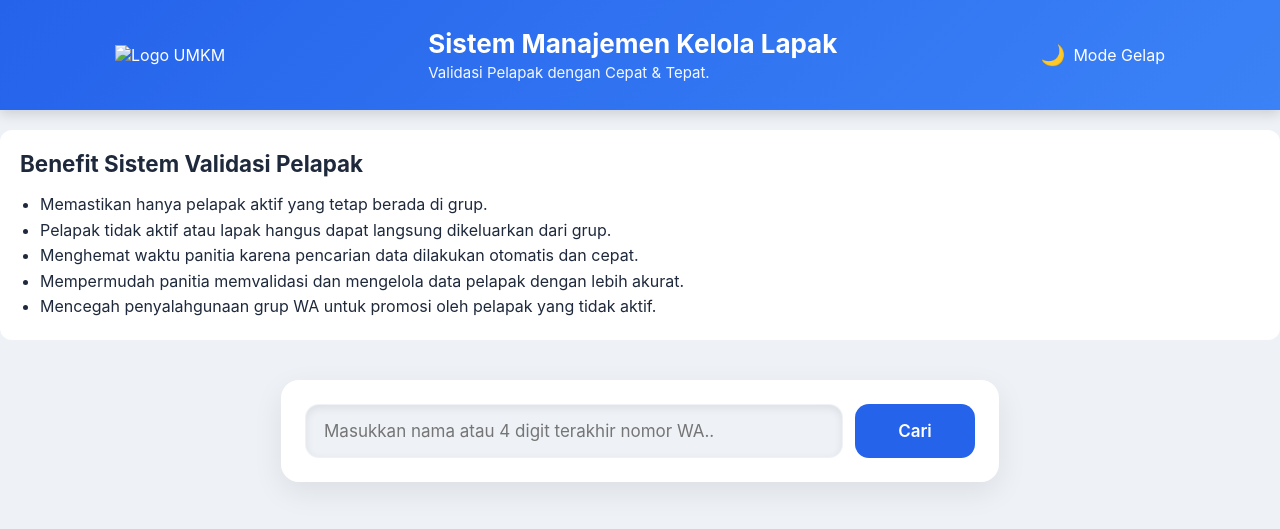
Repository: pasarrakyatbak/ceklapak
Page: index.html
The author's editor kept a copy of each file at every save. The page is drawn from the files as they stood at one save, then again after the next save.
The browser window is 1280 px wide. The pictures show the whole page.

Above is the page before, as saved 2025-11-19 06:55:38.
Not found: logo.png

After the next save:
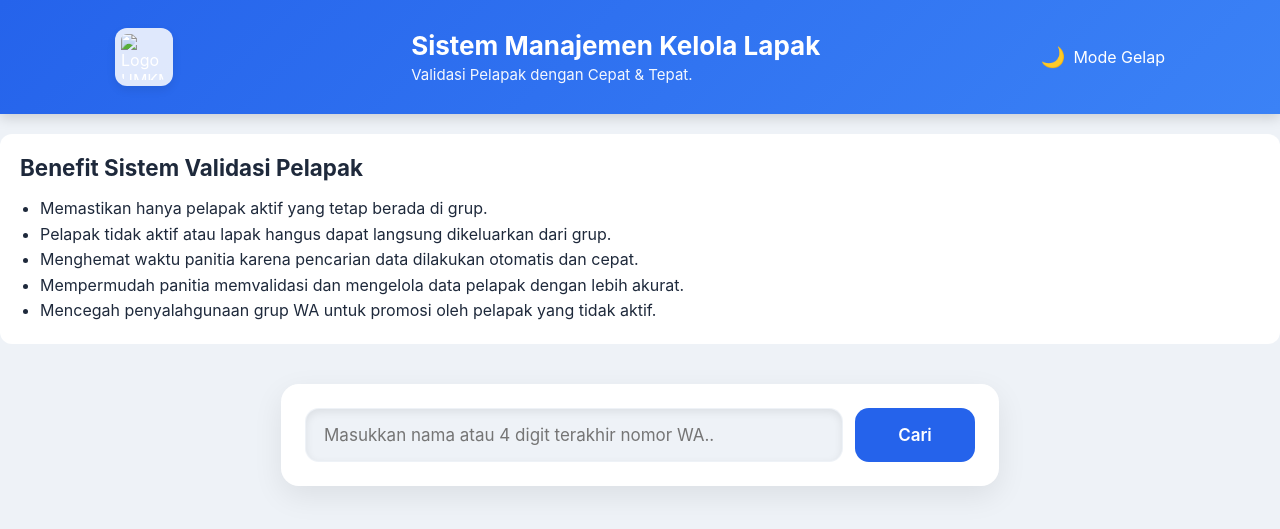
Saved 18 s later.
--- a/style.css
+++ b/style.css
@@ -197,6 +197,28 @@ main {
     line-height: 1.6;
 }
 
+/* === Logo UMKM === */
+.logo-box {
+    display: flex;
+    align-items: center;
+    margin-right: 18px;
+}
+
+.logo {
+    width: 58px;
+    height: 58px;
+    object-fit: contain;
+    border-radius: 12px;
+    background: rgba(255, 255, 255, 0.85);
+    padding: 6px;
+    box-shadow: 0 4px 10px var(--shadow);
+}
+
+/* Mode gelap: latar logo lebih gelap agar menyatu */
+body.dark .logo {
+    background: rgba(30, 41, 59, 0.6);
+}
+
 /* === BADGE STYLING === */
 .badge {
     display: inline-block;
